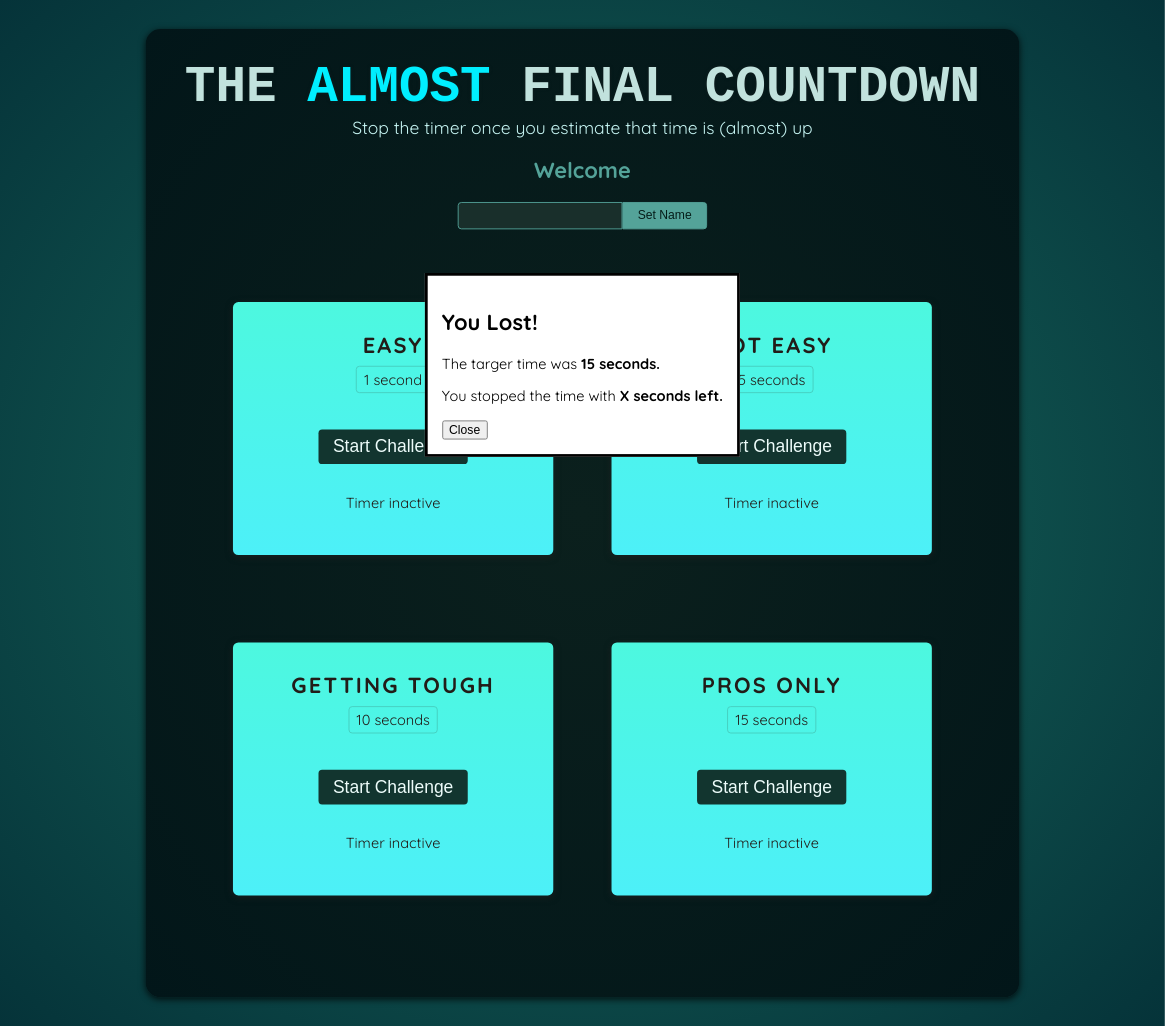
Repository: H-ala/react-near-end
Page: /
An editor plug-in stored every save of this project. The page is shown before and after the next save, followed by the edit.
The browser window is 1280 px wide. The pictures show the whole page, at 91% of full size.
Some web fonts or font styles are not loaded; a fallback is used. The project was rebuilt for these pictures with package versions that can differ from the ones it lists, and the page was loaded fresh each time. Also part of the build but not shown: vite.config.js.

Above is the page before, as saved 2025-09-26 16:32:16.

### src/App.jsx
import Player from './components/Player.jsx';
import TimerChallenge from './components/TimerChallenge.jsx';

function App() {
  return (
    <>
      <Player />
      <div id="challenges">
        <TimerChallenge title="Easy" targetTime={1} />
        <TimerChallenge title="Not easy" targetTime={5} />
        <TimerChallenge title="Getting tough" targetTime={10} />
        <TimerChallenge title="Pros Only" targetTime={15} />
      </div>
    </>
  );
}

export default App;

### src/components/Player.jsx
import { useState, useRef } from "react";

export default function Player() {
  const playerName = useRef();
  const [enteredPlayerName, setEnteredPlayerName] = useState("");

  function handleClick() {
    setEnteredPlayerName(playerName.current.value);
    playerName.current.value = "";
  }

  return (
    <section id="player">
      <h2>Welcome {enteredPlayerName ?? "unknown entity"}</h2>
      <p>
        <input
          ref={playerName}
          type="text"
        />
        <button onClick={handleClick}>Set Name</button>
      </p>
    </section>
  );
}

### src/components/TimerChallenge.jsx
import { useState, useRef } from "react";
import ResultModal from "./ResultModal";

export default function TimerChallenge({ title, targetTime }) {
  const [timerStarted, setTimerStarted] = useState(false);
  const [timerExpired, setTimerExpired] = useState(false);
  const timer = useRef();

  function handleStart() {
    timer.current = setTimeout(() => {
      setTimerExpired(true);
    }, targetTime * 1000);

    setTimerStarted(true);
  }

  function handleStop() {
    clearTimeout(timer.current);
  }

  return (
    <>
      <ResultModal targetTime={targetTime} result="Lost" />
      <section className="challenge">
        <h2>{title}</h2>
        <p className="challenge-time">
          {targetTime} second{targetTime > 1 ? "s" : ""}
        </p>
        <p>
          <button onClick={timerStarted ? handleStop : handleStart}>
            {timerStarted ? "Stop" : "Start"} Challenge
          </button>
        </p>
        <p className={timerStarted ? "active" : undefined}>
          {timerStarted ? "Time is running..." : "Timer inactive"}
        </p>
      </section>
    </>
  );
}

### src/components/ResultModal.jsx
export default function ResultModal({ result, targetTime }) {
  return (
    //result_modal
      <dialog open>
        <h2>You {result}!</h2>
      <p>
        The targer time was <strong>{targetTime} seconds. </strong>
      </p>
      <p>
        You stopped the time with <strong>X seconds left.</strong>
      </p>
      <form action="dialog">
        <button>Close</button>
      </form>
    </dialog>
  );
}

Loaded but not shown: index.html (common file); src/main.jsx (common file); src/index.css (common file)

After the next save:
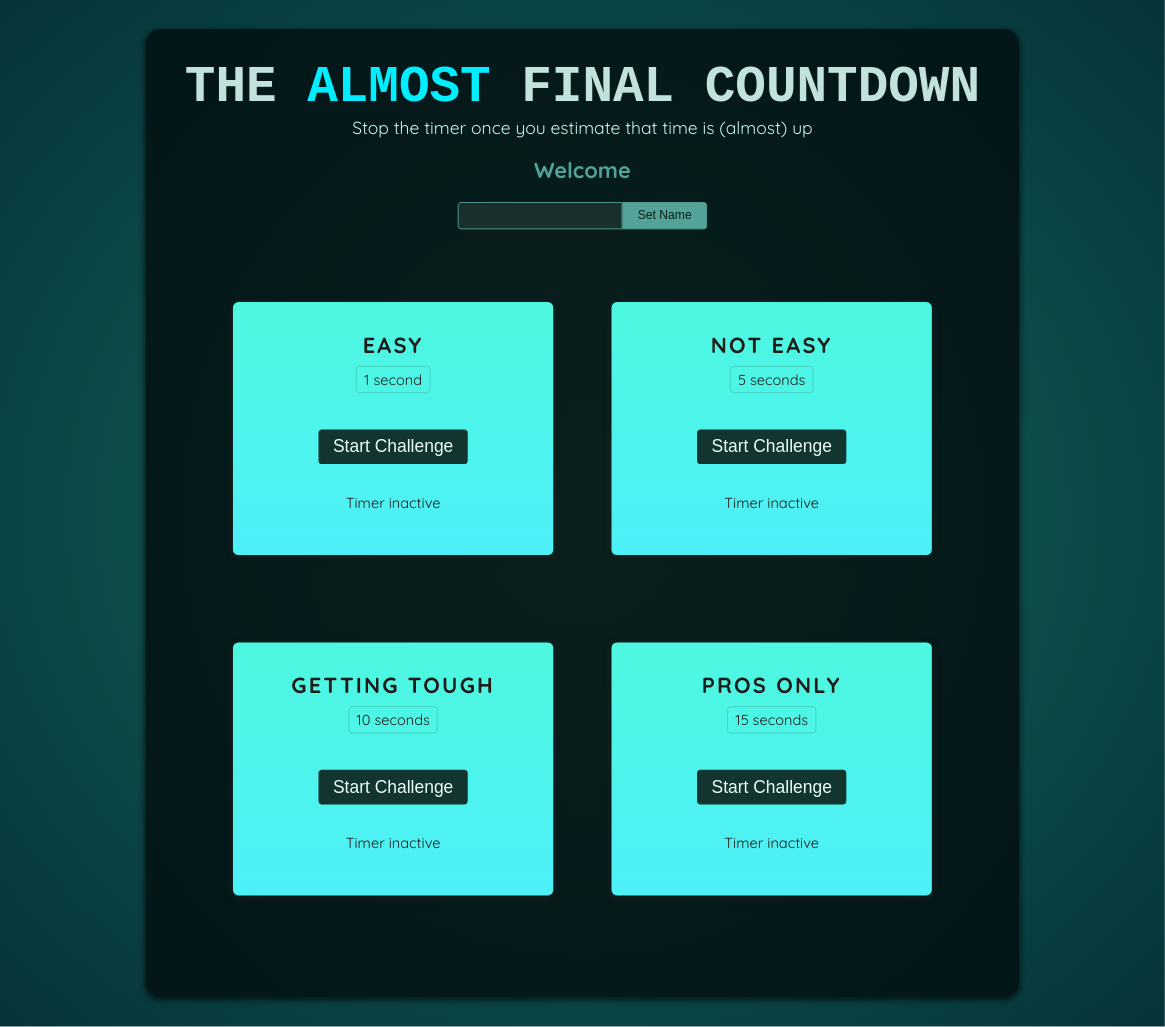
Saved 62 s later.
--- a/src/components/TimerChallenge.jsx
+++ b/src/components/TimerChallenge.jsx
@@ -20,7 +20,7 @@ export default function TimerChallenge({ title, targetTime }) {
 
   return (
     <>
-      <ResultModal targetTime={targetTime} result="Lost" />
+      {timerExpired && <ResultModal targetTime={targetTime} result="Lost" />}
       <section className="challenge">
         <h2>{title}</h2>
         <p className="challenge-time">
